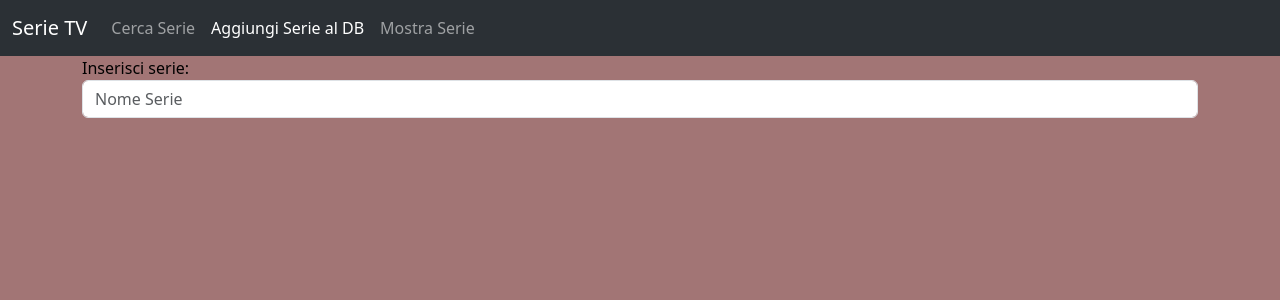
Repository: Adareen/spring
Page: ProgettoDiGruppo/src/main/resources/static/search.html
The author's editor kept a copy of each file at every save. The page is drawn from the files as they stood at one save, then again after the next save.
The browser window is 1280 px wide. The pictures show the whole page.

Above is the page before, as saved 2024-03-07 12:55:05.

After the next save:
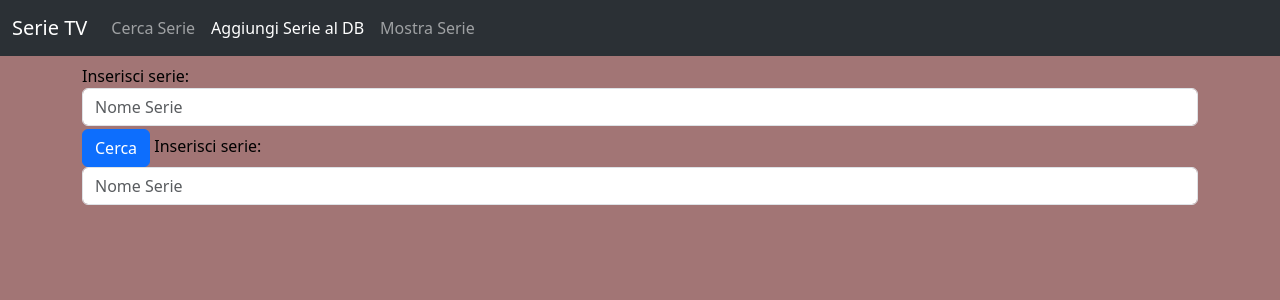
Saved 32 s later.
--- a/ProgettoDiGruppo/src/main/resources/static/search.html
+++ b/ProgettoDiGruppo/src/main/resources/static/search.html
@@ -72,7 +72,12 @@
 
         <form action="post">
 
-            <label for="cerca">Inserisci serie:</label>
+            <label for="cerca"class="mt-2">Inserisci serie:</label>
+            <input type="text" name="cerca" class="form-control" id="cerca" placeholder="Nome Serie">
+            <button class="btn btn-primary">Cerca</button>
+
+
+            <label for="cerca"class="mt-2">Inserisci serie:</label>
             <input type="text" name="cerca" class="form-control" id="cerca" placeholder="Nome Serie">
 
         </form>
